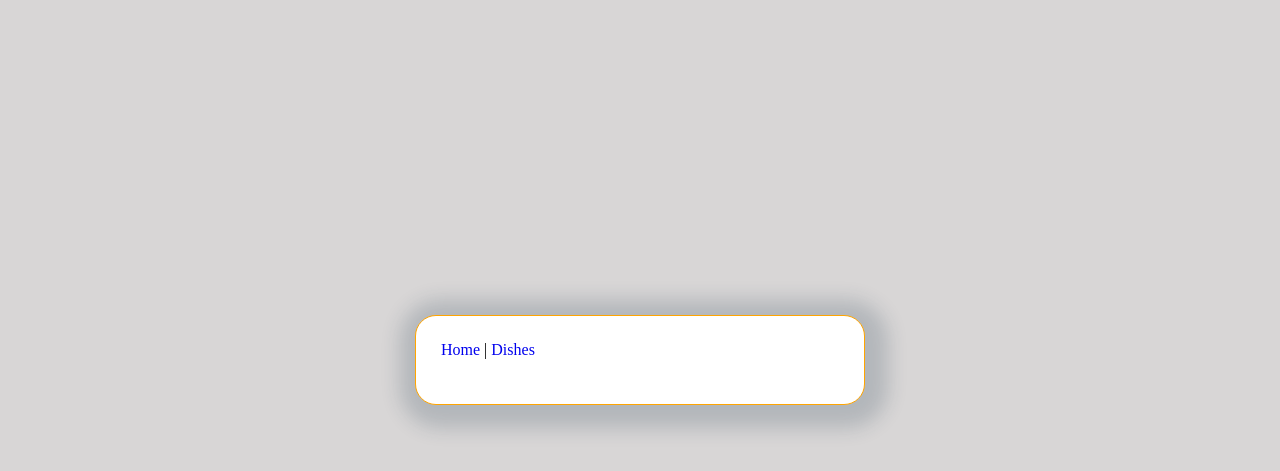
Repository: ZenLone/culinary-website
Page: / (app in frontend/)
An editor plug-in stored every save of this project. The page is shown before and after the next save, followed by the edit.
The browser window is 1280 px wide. The pictures show the whole page.
The project was rebuilt for these pictures with package versions that can differ from the ones it lists, and the page was loaded fresh each time. Also part of the build but not shown: frontend/vite.config.js, frontend/src/Add_Dish.vue, frontend/src/Dishes.vue.

Above is the page before, as saved 2025-04-06 12:20:30.

After the next save:
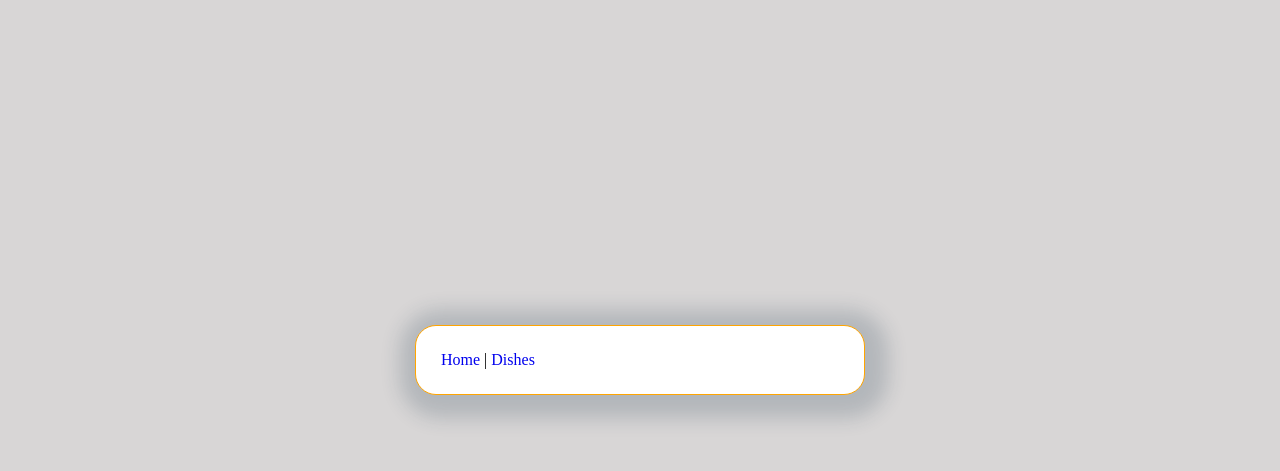
Saved 14 s later.
--- a/frontend/src/App.vue
+++ b/frontend/src/App.vue
@@ -47,7 +47,4 @@ const currentView = computed(() => {
   box-shadow: 4px 4px 19px 19px rgba(34, 60, 80, 0.2);
 }
 
-nav {
-  margin-bottom: 20px;
-}
 </style>
